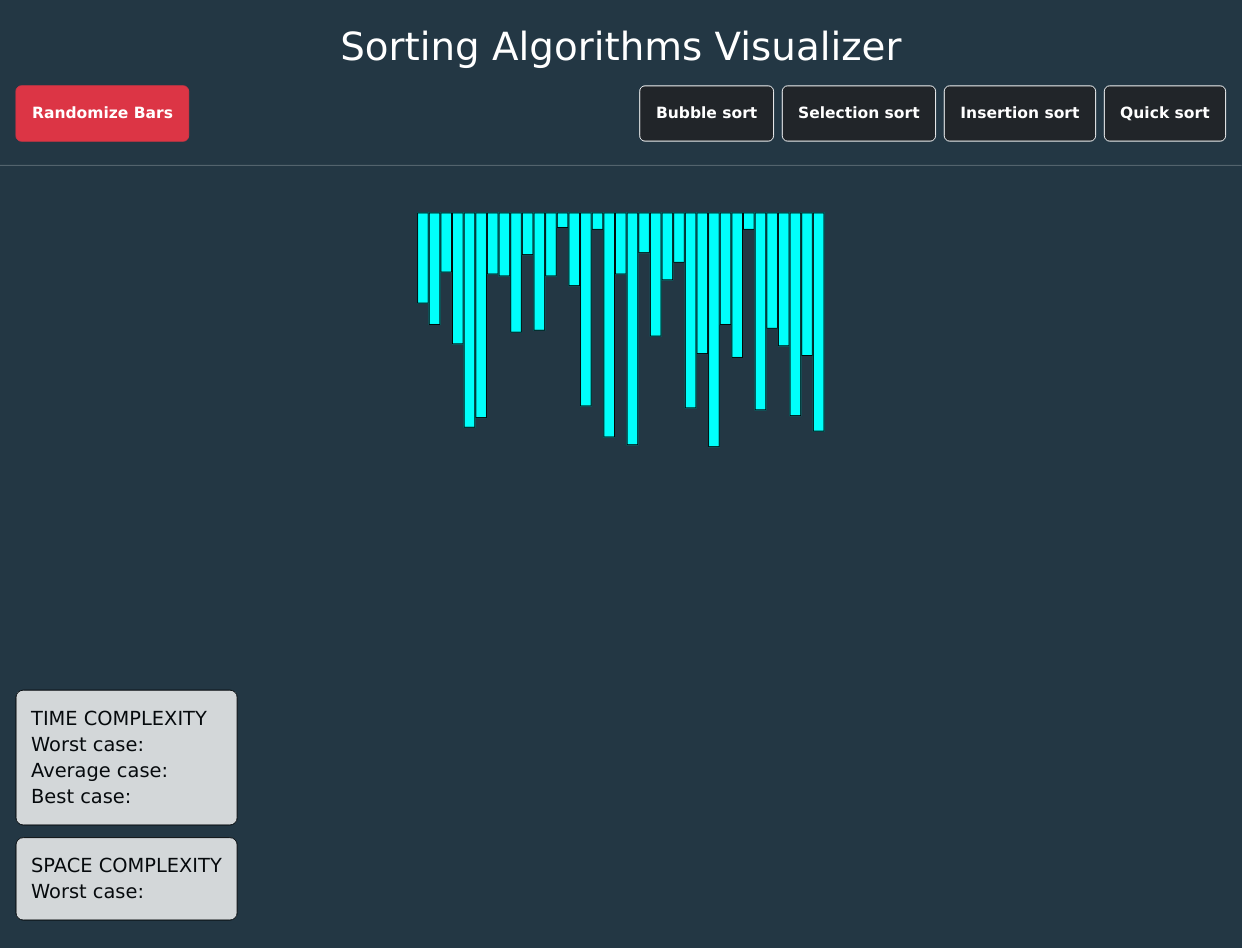
Repository: Vasil1001/Sorting-Algorithms-Visualizer-js
Page: views/index.html
An editor plug-in stored every save of this project. The page is shown before and after the next save, followed by the edit.
The browser window is 1280 px wide. The pictures show the whole page, at 97% of full size.

Above is the page before, as saved 2022-11-05 15:30:37.

After the next save:
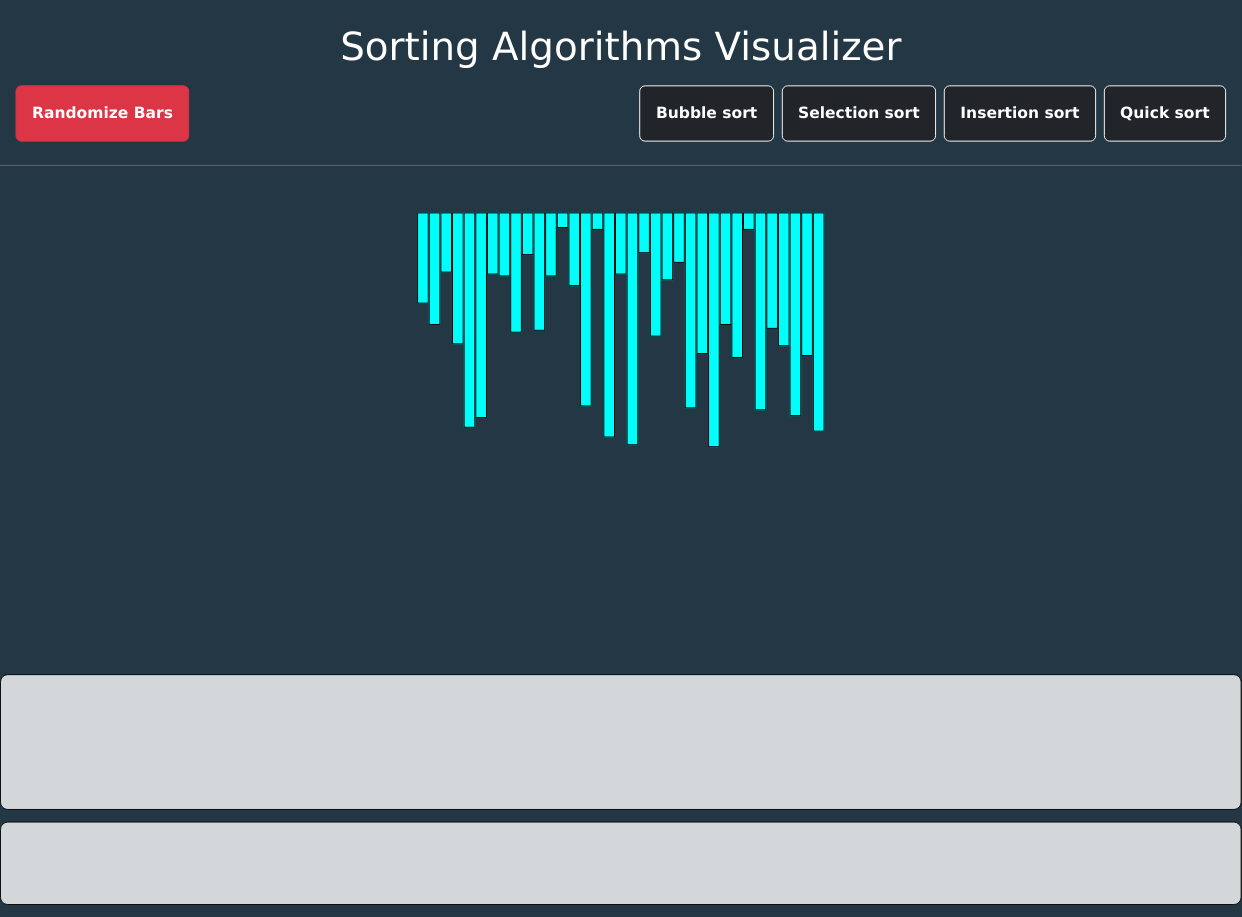
Saved 17 min 55 s later.
--- a/views/index.html
+++ b/views/index.html
@@ -52,7 +52,7 @@
 
   <div id="bars" class="bars flex-container p-4"></div>
 
-  <div id="boxes">
+  <div id="boxes" style="margin>
 
     <div id="leftbox">
       <div id="box1">
